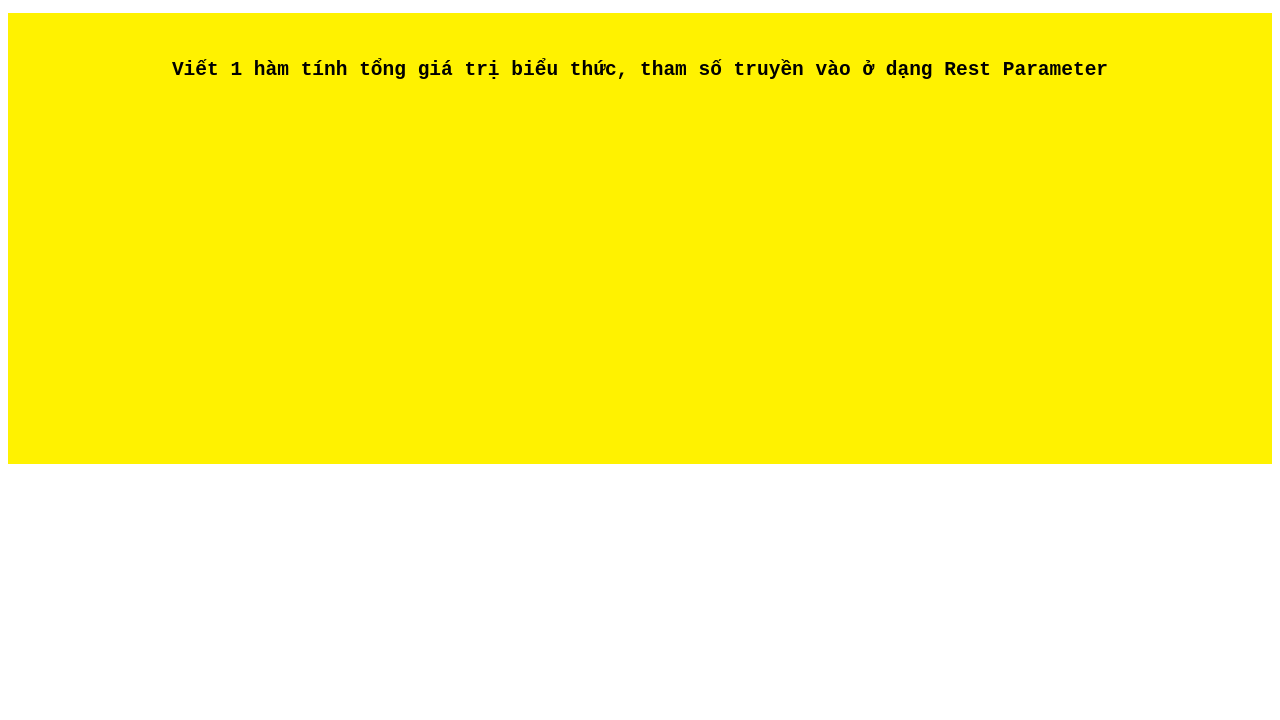
Repository: Dongnguyen318/Quydong
Page: Day 22.1/ex01.html
These files come from the project's save history. The page is drawn as it stood at one moment and after the next save; the edit follows.
The browser window is 1280 px wide. The pictures show the whole page.

Above is the page before, as saved 2023-09-05 22:54:18.

### Day 22.1/ex01.html
<!DOCTYPE html>
<html lang="en">
  <head>
    <meta charset="UTF-8" />
    <meta name="viewport" content="width=device-width, initial-scale=1.0" />
    <title>Document</title>
    <link
      rel="stylesheet"
      href="https://cdn.jsdelivr.net/npm/prismjs@1.29.0/themes/prism-okaidia.min.css"
    />
    <script src="./js/1.js"></script>
  </head>
  <body>
    <pre style="background-color: rgb(255, 242, 0)">
        <code >
            <h2 style="text-align: center;">Viết 1 hàm tính tổng giá trị biểu thức, tham số truyền vào ở dạng Rest Parameter</h2>
<p style="text-align: center;">
    <pre>
        <code class="language-js">

        </code>
    </pre>
    <h2 style="padding: 15px;" ></h2>


</p>
        </code>
    </pre>
    <br />
    <br />
    <pre>
        <code class="language-js">

        </code>
    </pre>
    <script src="https://cdn.jsdelivr.net/npm/prismjs@1.29.0/components/prism-core.min.js"></script>
    <script src="https://cdn.jsdelivr.net/npm/prismjs@1.29.0/plugins/autoloader/prism-autoloader.min.js"></script>
  </body>
</html>

Loaded but not shown: Day 22.1/js/1.js (no stored copy; drawn as an empty file)

After the next save:
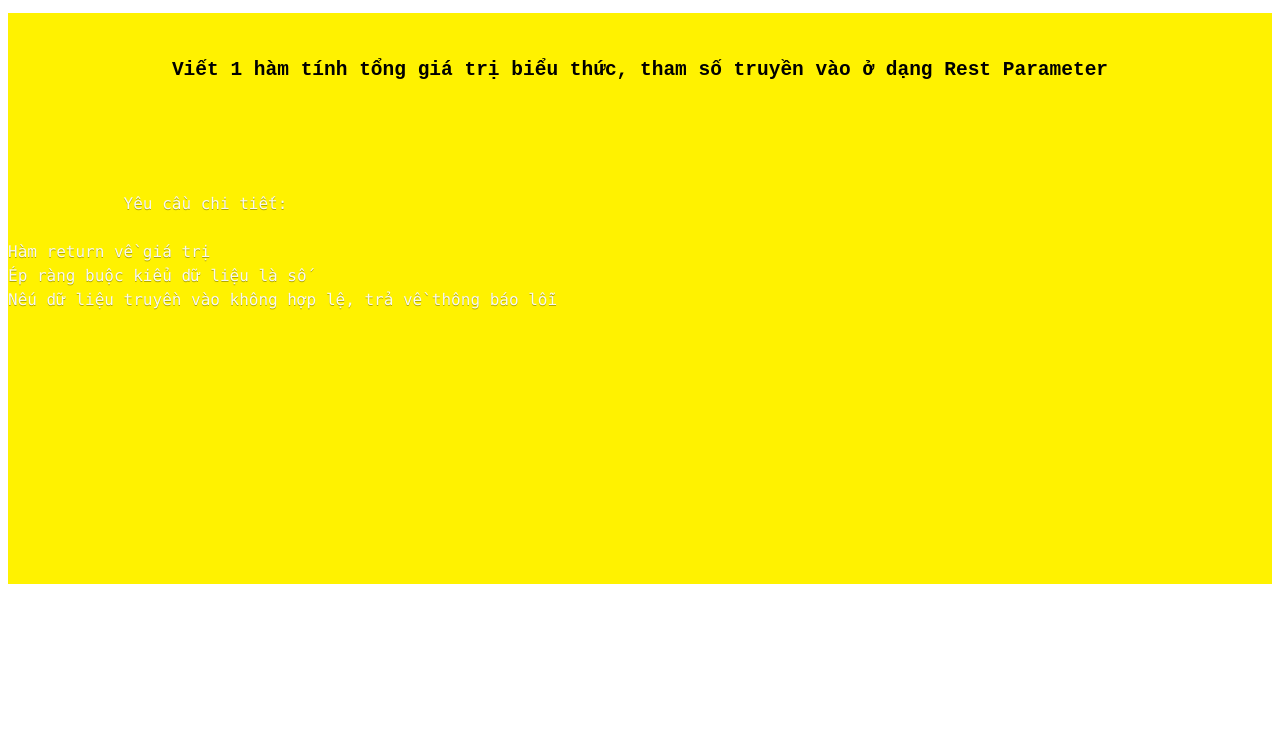
Saved 33 s later.
--- a/Day 22.1/ex01.html
+++ b/Day 22.1/ex01.html
@@ -17,6 +17,11 @@
 <p style="text-align: center;">
     <pre>
         <code class="language-js">
+            Yêu cầu chi tiết:
+
+Hàm return về giá trị
+Ép ràng buộc kiểu dữ liệu là số
+Nếu dữ liệu truyền vào không hợp lệ, trả về thông báo lỗi
 
         </code>
     </pre>
